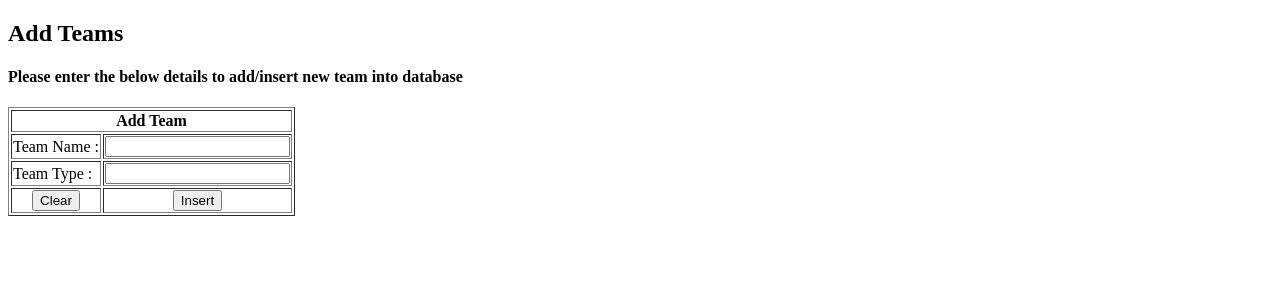
Repository: Harikiran-Madishetti/Patient-Assistance-Network
Page: http://localhost/IP_TASK7/new_teams_form.jsp
An editor plug-in stored every save of this project. The page is shown before and after the next save, followed by the edit.
The browser window is 1280 px wide. The pictures show the whole page.
The page is served by Tomcat 9. Other server files are loaded and not shown.

Above is the page before, as saved 2020-11-16 19:15:44.

### JDBC Connector/WEB Application/IP_TASK7/WebContent/new_teams_form.jsp
<!DOCTYPE html>
<html>
    <head>
        <meta charset="UTF-8">
        <title>Add Team</title>
    </head>
    <body>
        <h2>Add Teams</h2>
        <h4>Please enter the below details to add/insert new team into database </h4>
        <!--
            Form for collecting user input for the new movie_night record.
            Upon form submission, add_movie.jsp file will be invoked.
        -->
        <form action="get_teams.jsp">
            <!-- The form organized in an HTML table for better clarity. -->
            <table border=1>
                <tr>
                    <th colspan="2">		Add Team	</th>
                </tr>
                <tr>
                    <td> Team Name : </td>
                    <td><div style="text-align: center;">
                    <input type=text name=team_name>
                    </div></td>
                </tr>
                <tr>
                    <td> Team Type : </td>
                    <td><div style="text-align: center;">
                    <input type=text name=team_type>
                    </div></td>
                </tr>
                <tr>
                    <td><div style="text-align: center;">
                    <input type=reset value=Clear>
                    </div></td>
                    <td><div style="text-align: center;">
                    <input type=submit value=Insert>
                    </div></td>
                </tr>
            </table>
        </form>
    </body>
</html>

After the next save:
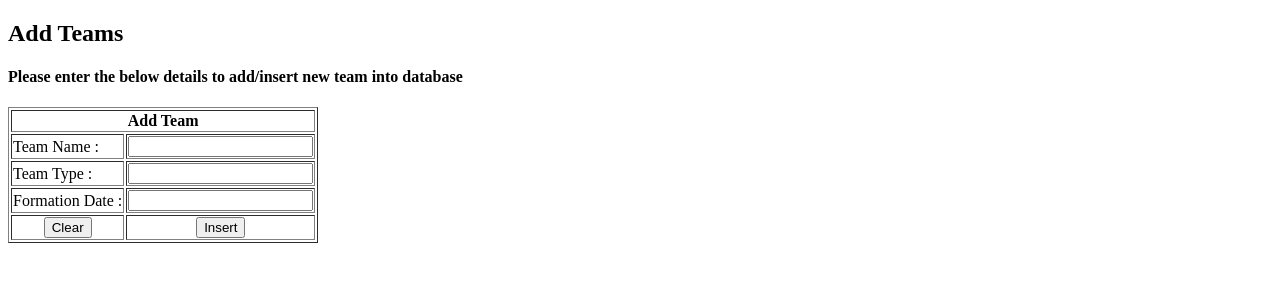
Saved 13 s later.
--- a/JDBC Connector/WEB Application/IP_TASK7/WebContent/new_teams_form.jsp
+++ b/JDBC Connector/WEB Application/IP_TASK7/WebContent/new_teams_form.jsp
@@ -30,6 +30,12 @@
                     </div></td>
                 </tr>
                 <tr>
+                    <td> Formation Date : </td>
+                    <td><div style="text-align: center;">
+                    <input type=text name=formation_date>
+                    </div></td>
+                </tr>
+                <tr>
                     <td><div style="text-align: center;">
                     <input type=reset value=Clear>
                     </div></td>
